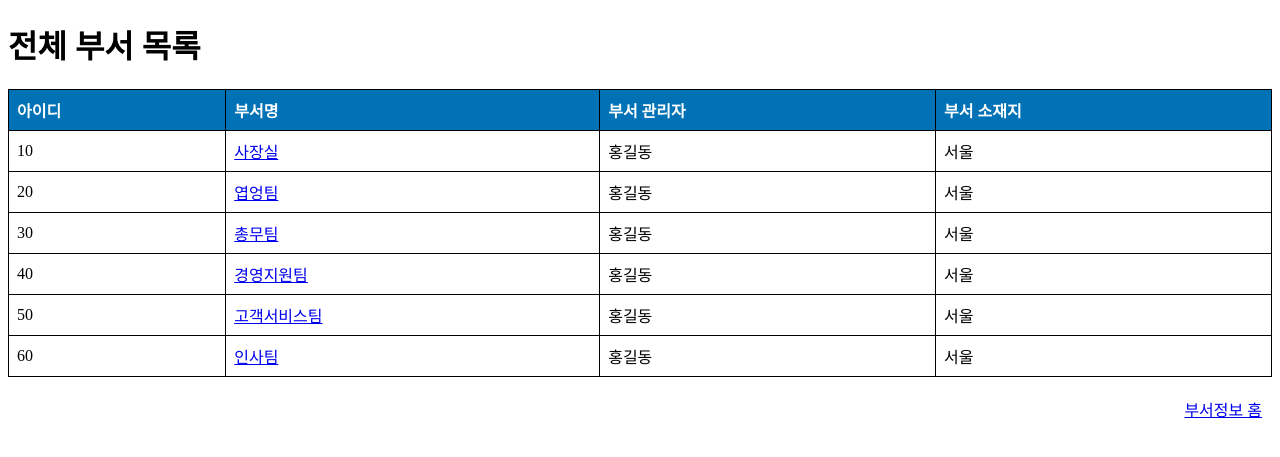
Repository: benpark0613/basic
Page: http://localhost/sample/hr/dept/list.jsp
An editor plug-in stored every save of this project. The page is shown before and after the next save, followed by the edit.
The browser window is 1280 px wide. The pictures show the whole page.
The page is served by Tomcat 9. Queries for data that is not in the repository find no rows.

Above is the page before, as saved 2021-11-10 06:11:58.

After the next save:
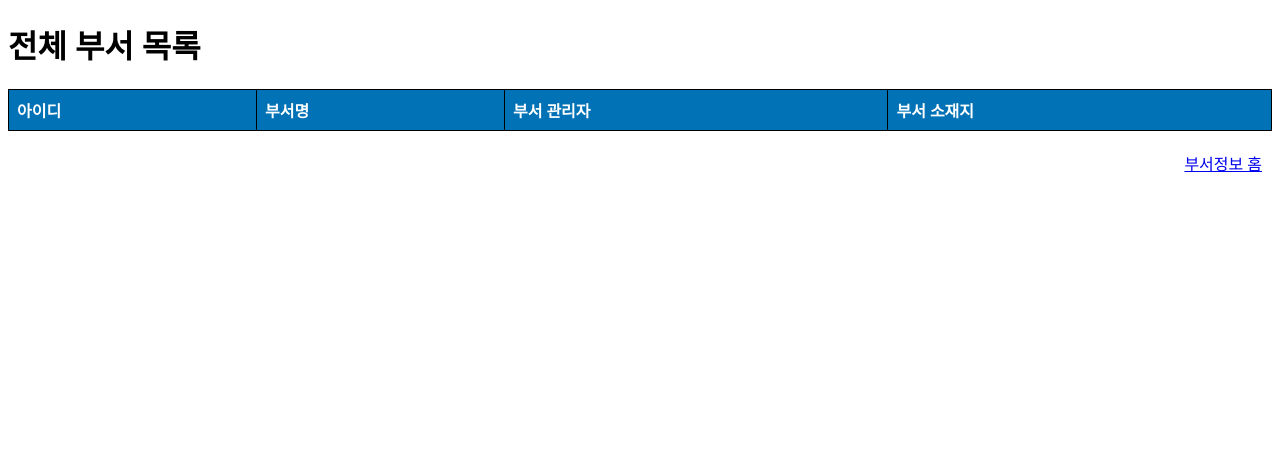
Saved 115 s later.
--- a/HR_app/sample/src/main/webapp/hr/dept/list.jsp
+++ b/HR_app/sample/src/main/webapp/hr/dept/list.jsp
@@ -36,45 +36,16 @@
 		<tbody>
 <%
 	for (Department dept : departmentList) {
-
+%>
+			<tr>
+				<td><%=dept.getId() %></td>
+				<td><a href="detail.jsp?id=10"><%=dept.getName() %></a></td>
+				<td><%=dept.getManager().getFirstName() %> <%=dept.getManager().getLastName() %></td>
+				<td>서울</td>
+			</tr>
+<%
 	}
 %>
-			<tr>
-				<td>10</td>
-				<td><a href="detail.jsp?id=10">사장실</a></td>
-				<td>홍길동</td>
-				<td>서울</td>
-			</tr>
-			<tr>
-				<td>20</td>
-				<td><a href="detail.jsp?id=20">엽엉팀</a></td>
-				<td>홍길동</td>
-				<td>서울</td>
-			</tr>
-			<tr>
-				<td>30</td>
-				<td><a href="detail.jsp?id=30">총무팀</a></td>
-				<td>홍길동</td>
-				<td>서울</td>
-			</tr>
-			<tr>
-				<td>40</td>
-				<td><a href="detail.jsp?id=40">경영지원팀</a></td>
-				<td>홍길동</td>
-				<td>서울</td>
-			</tr>
-			<tr>
-				<td>50</td>
-				<td><a href="detail.jsp?id=50">고객서비스팀</a></td>
-				<td>홍길동</td>
-				<td>서울</td>
-			</tr>
-			<tr>
-				<td>60</td>
-				<td><a href="detail.jsp?id=60">인사팀</a></td>
-				<td>홍길동</td>
-				<td>서울</td>
-			</tr>
 		</tbody>
 	</table>
 
